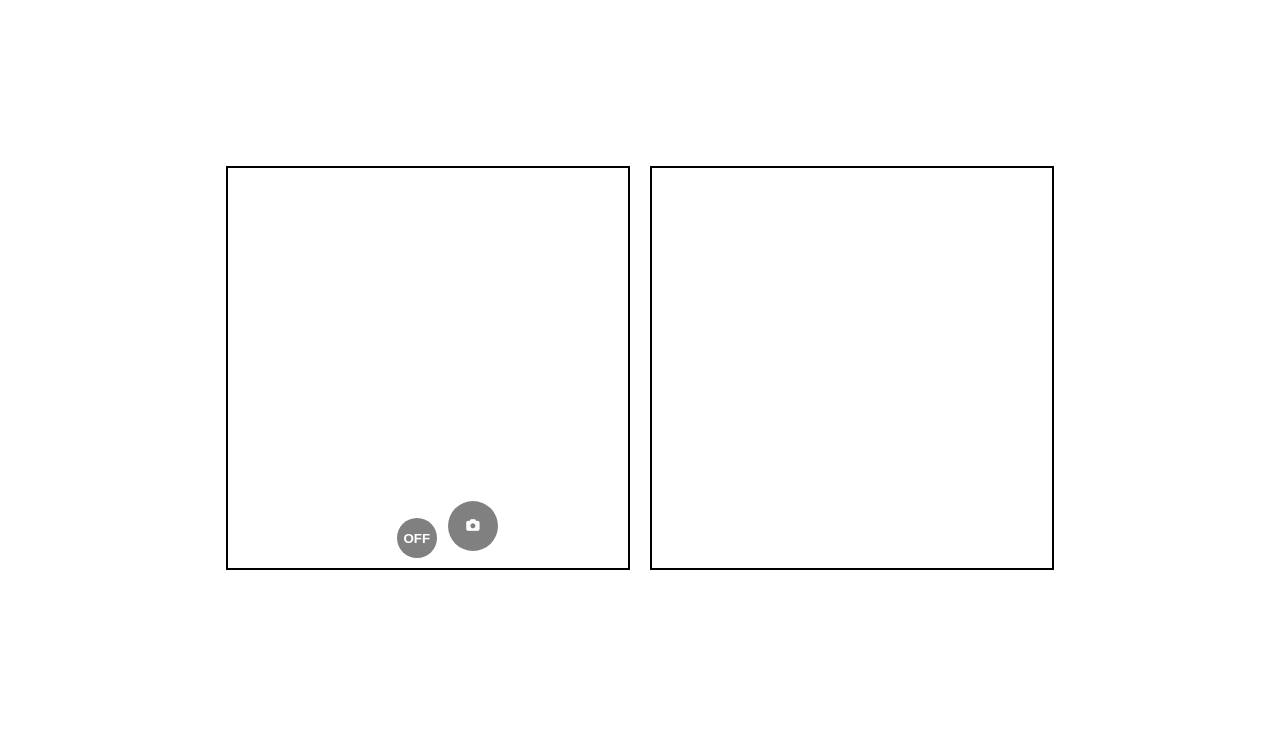
Repository: dmpelaez/photoBoothy
Page: Photobooth.html
An editor plug-in stored every save of this project. The page is shown before and after the next save, followed by the edit.
The browser window is 1280 px wide. The pictures show the whole page.
Some web libraries are served in a nearby version.

Above is the page before, as saved 2025-12-16 21:10:34.

After the next save:
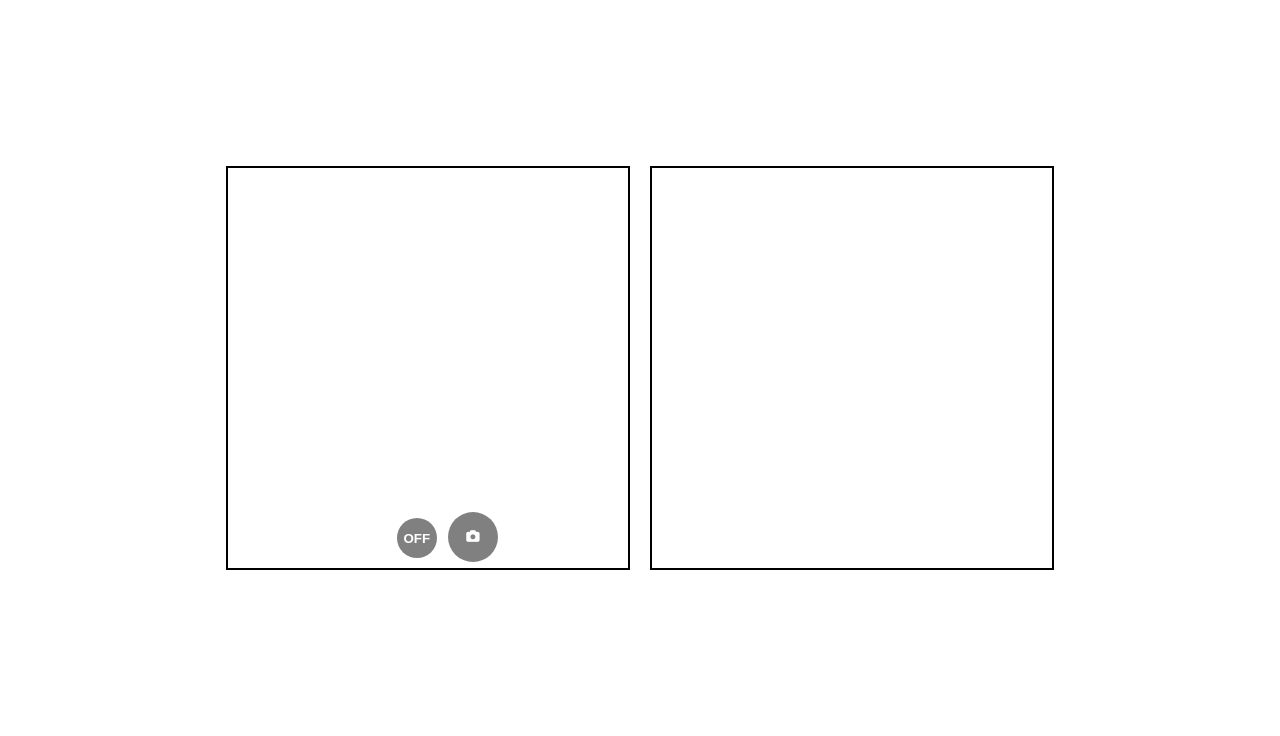
Saved 84 s later.
--- a/Photobooth.css
+++ b/Photobooth.css
@@ -28,7 +28,7 @@ body {
 #photo-btn {
   position: absolute;
   left: 35%;
-  bottom: 23.5%;
+  bottom: 22%;
   border-radius: 50%;
   height: 50px;
   width: 50px;
